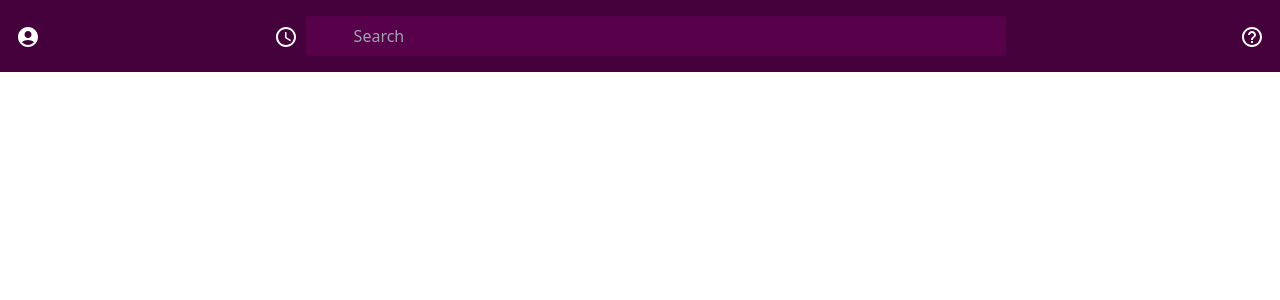
Repository: Shamraiz761/Slack_clone
Page: /
These files come from the project's save history. The page is drawn as it stood at one moment and after the next save; the edit follows.
The browser window is 1280 px wide. The pictures show the whole page.
The project was rebuilt for these pictures with package versions that can differ from the ones it lists, and the page was loaded fresh each time. Also part of the build but not shown: vite.config.js.

Above is the page before, as saved 2024-01-14 18:23:27.

### src/App.jsx

import React from 'react'
import Header from './components/header/Header'
function App() {

  return (
   <div>
    <Header />
   </div>
  )
}

export default App

### src/components/header/Header.jsx
import React from 'react'
import AccessTimeIcon from '@mui/icons-material/AccessTime';
import HelpOutlineIcon from '@mui/icons-material/HelpOutline';
import AccountCircleIcon from '@mui/icons-material/AccountCircle';
function Header() {
  return (
    <nav className="bg-[#45013b] p-4" style={{background:''}}>
      <div className="container mx-auto flex items-center sm:justify-between">
        {/* Left logos */}

          {/* Left logo */}
          <div className=" sm:mr-4 hidden sm:block">
          <AccountCircleIcon className='text-white text-larger hidden sm:block' />

          </div>





        <div className="w-full flex justify-center items-center">
        <div className="mr-2">
            <AccessTimeIcon className='text-white'/>


          </div>
          <input
            type="text"
            placeholder="Search"
            className=" p-2 px-12 bg-[#57014a] text-white border-none rounded w-32 md:w-3/5"
          />
        </div>

        {/* Right logos */}
        <div className="flex items-center">

          <div className="ml-4">
            <HelpOutlineIcon className='text-white'/>

          </div>
        </div>
      </div>
    </nav>
  )
}

export default Header

Loaded but not shown: index.html (common file); src/main.jsx (common file); src/index.css (common file); tailwind.config.js (common file)

After the next save:
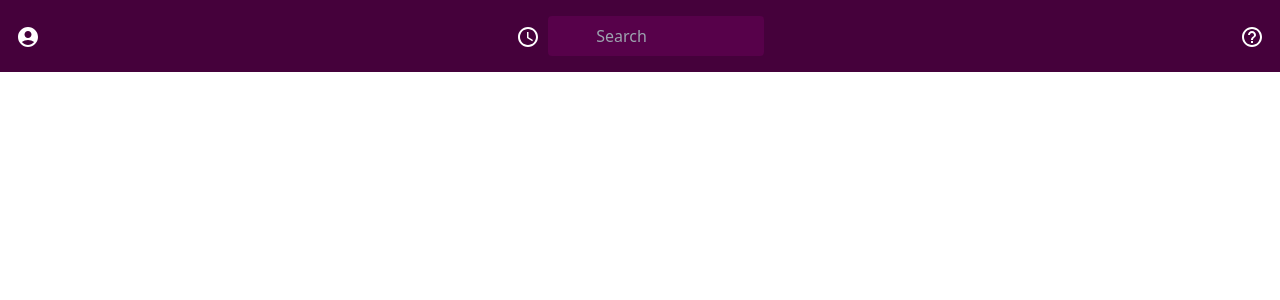
Saved 10 s later.
--- a/src/components/header/Header.jsx
+++ b/src/components/header/Header.jsx
@@ -18,7 +18,7 @@ function Header() {
 
 
 
-        <div className="w-full flex justify-center items-center">
+        <div className=" flex justify-center items-center">
         <div className="mr-2">
             <AccessTimeIcon className='text-white'/>
 
